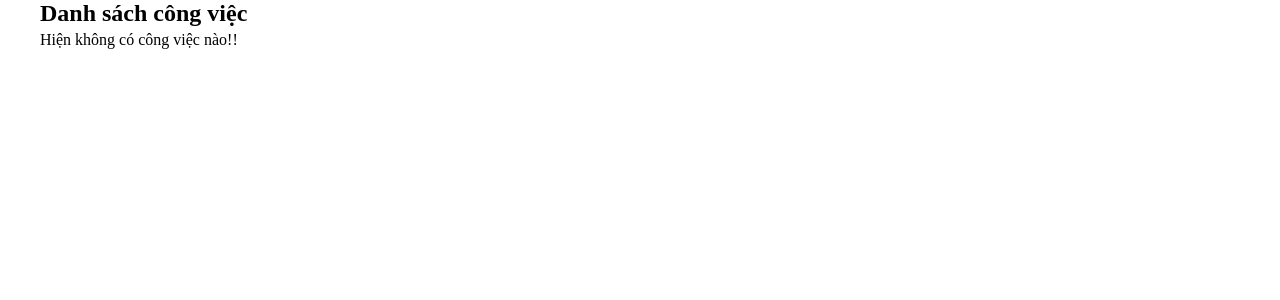
Repository: OkazakiTruong/searchReact
Page: /
These files come from the project's save history. The page is drawn as it stood at one moment and after the next save; the edit follows.
The browser window is 1280 px wide. The pictures show the whole page.
The page's requests for data from a server got no answer. The project was rebuilt for these pictures with package versions that can differ from the ones it lists, and the page was loaded fresh each time. No one was signed in, and anything a server would have sent is missing. Also part of the build but not shown: vite.config.js.

Above is the page before, as saved 2024-01-11 13:41:05.

### src/App.jsx
import React from "react";
import { SearchAppContainer } from "./SearchApp/SearchAppContainer";

export const App = () => {
  return (
    <div className="app">
      <SearchAppContainer />
    </div>
  );
};

### src/index.css
* {
  padding: 0;
  margin: 0;
  box-sizing: border-box;
}
.app {
  max-width: 1250px;
  padding: 0 25px;
  margin: 0 auto;
}

### src/SearchApp/SearchAppContainer.jsx
import React, { useCallback, useEffect, useState } from "react";
import { ListTodo } from "./Todo/ListTodo";

export const SearchAppContainer = () => {
  const [todos, setTodos] = useState(null);
  useEffect(() => {
    //fetch api
    fetch("https://jsonplaceholder.typicode.com/todos", {
      method: "GET",
      headers: {
        "Content-type": "application/json",
      },
    })
      .then((response) => response.json())
      .then((data) => {
        setTodos(data);
      });
  }, []);
  return (
    <div>
      <ListTodo todos={todos} />
    </div>
  );
};

### src/SearchApp/Todo/ListTodo.jsx
import React from "react";

export const ListTodo = ({ todos }) => {
  return (
    <>
      <h2>Danh sách công việc</h2>
      <table>
        <tbody>
          <tr>
            <th></th>
          </tr>
        </tbody>
      </table>
      {!todos
        ? "Hiện không có công việc nào!!"
        : todos.map((todo) => <h3>{todo.title}</h3>)}
    </>
  );
};

Loaded but not shown: index.html (common file); src/main.jsx (common file)

After the next save:
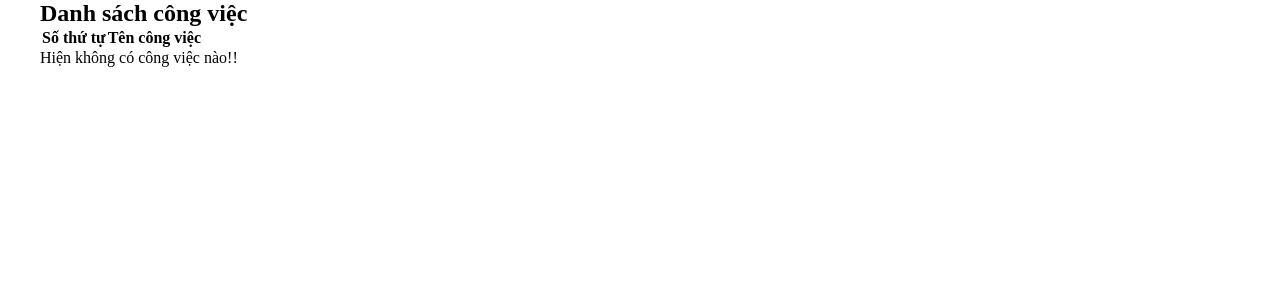
Saved 22 s later.
--- a/src/SearchApp/Todo/ListTodo.jsx
+++ b/src/SearchApp/Todo/ListTodo.jsx
@@ -7,7 +7,8 @@ export const ListTodo = ({ todos }) => {
       <table>
         <tbody>
           <tr>
-            <th></th>
+            <th>Số thứ tự</th>
+            <th>Tên công việc</th>
           </tr>
         </tbody>
       </table>
